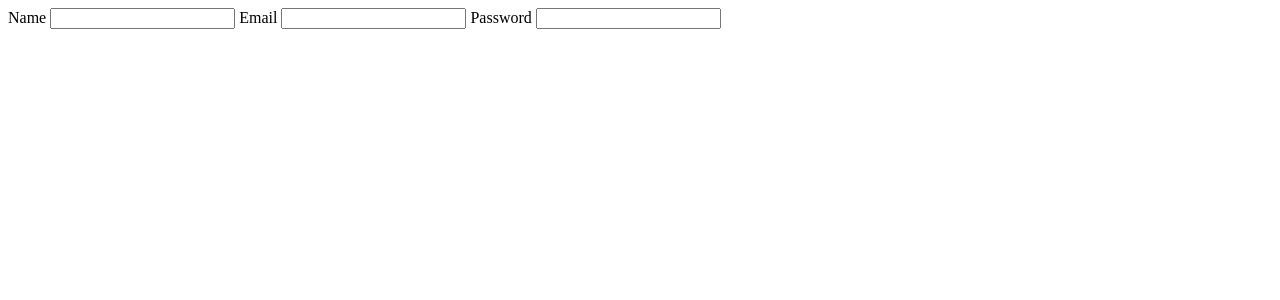
Repository: obusakthi539/Loginform
Page: Login.html
These files come from the project's save history. The page is drawn as it stood at one moment and after a run of saves; the edit follows.
The browser window is 1280 px wide. The pictures show the whole page.

Above is the page before, as saved 2025-01-10 17:28:57.

### Login.html
<!DOCTYPE html>
<html lang="en">
<head>
    <meta charset="UTF-8">
    <meta name="viewport" content="width=device-width, initial-scale=1.0">
    <title>Document</title>
</head>
<body>
    <div>
        <form action=""></form>
        <table>
            <tr>

            </tr>
        </table>
        <label for="">Name</label>
        <input type="text">
        <label for="">Email</label>
        <input type="text">
        <label for="">Password</label>
        <input type="text">
    </div>
</body>
</html>

After the next 2 saves:
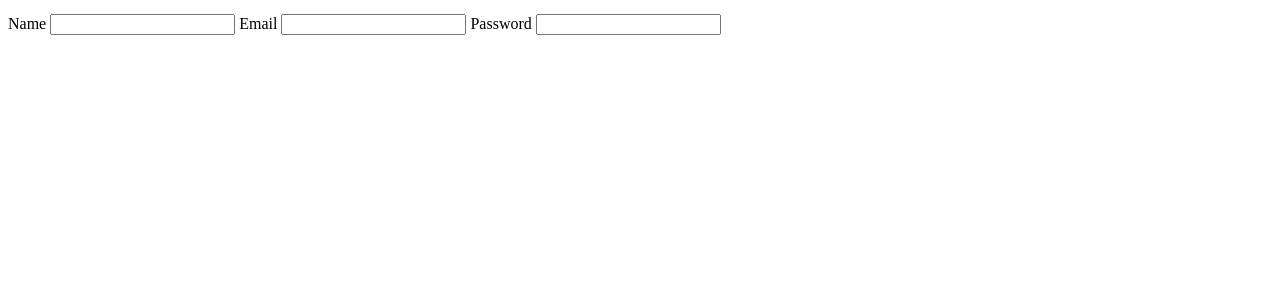
The 2 saves are shown as one change because they came seconds apart.
The last was saved 9 s later.
--- a/Login.html
+++ b/Login.html
@@ -10,7 +10,7 @@
         <form action=""></form>
         <table>
             <tr>
-
+                <td></td>
             </tr>
         </table>
         <label for="">Name</label>
